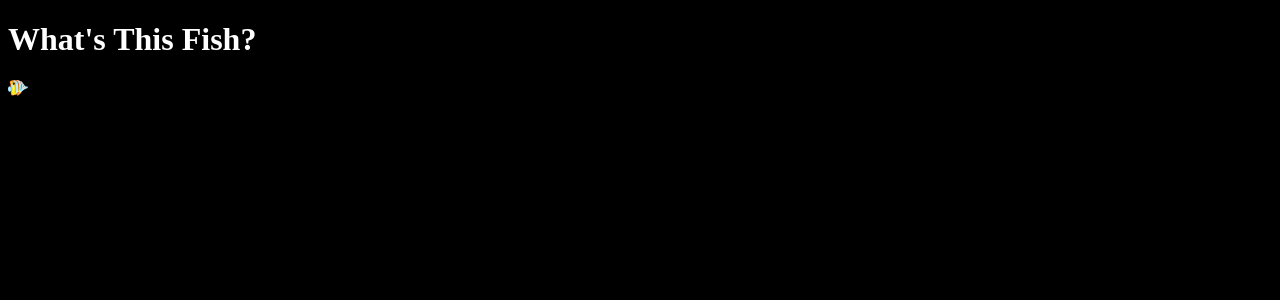
Repository: ulyfm/whatsthis.fish
Page: FishServer/externalpages/index.html
The author's editor kept a copy of each file at every save. The page is drawn from the files as they stood at one save, then again after the next save.
The browser window is 1280 px wide. The pictures show the whole page.
Some web fonts or font styles are not loaded; a fallback is used.

Above is the page before, as saved 2017-01-04 17:57:42.

After the next save:
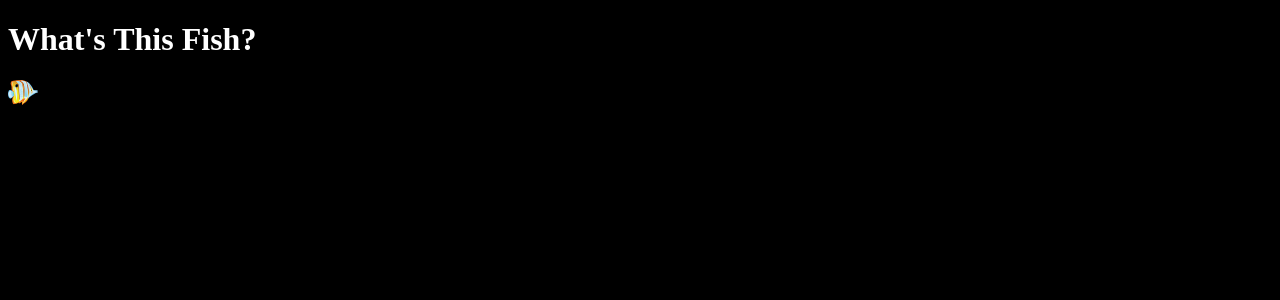
Saved 6 s later.
--- a/FishServer/externalpages/fish.css
+++ b/FishServer/externalpages/fish.css
@@ -6,5 +6,5 @@ h1 {
 	font-family: 'Alegreya', serif;
 }
 #logo {
-	width: 20px;
+	width: 30px;
 }
